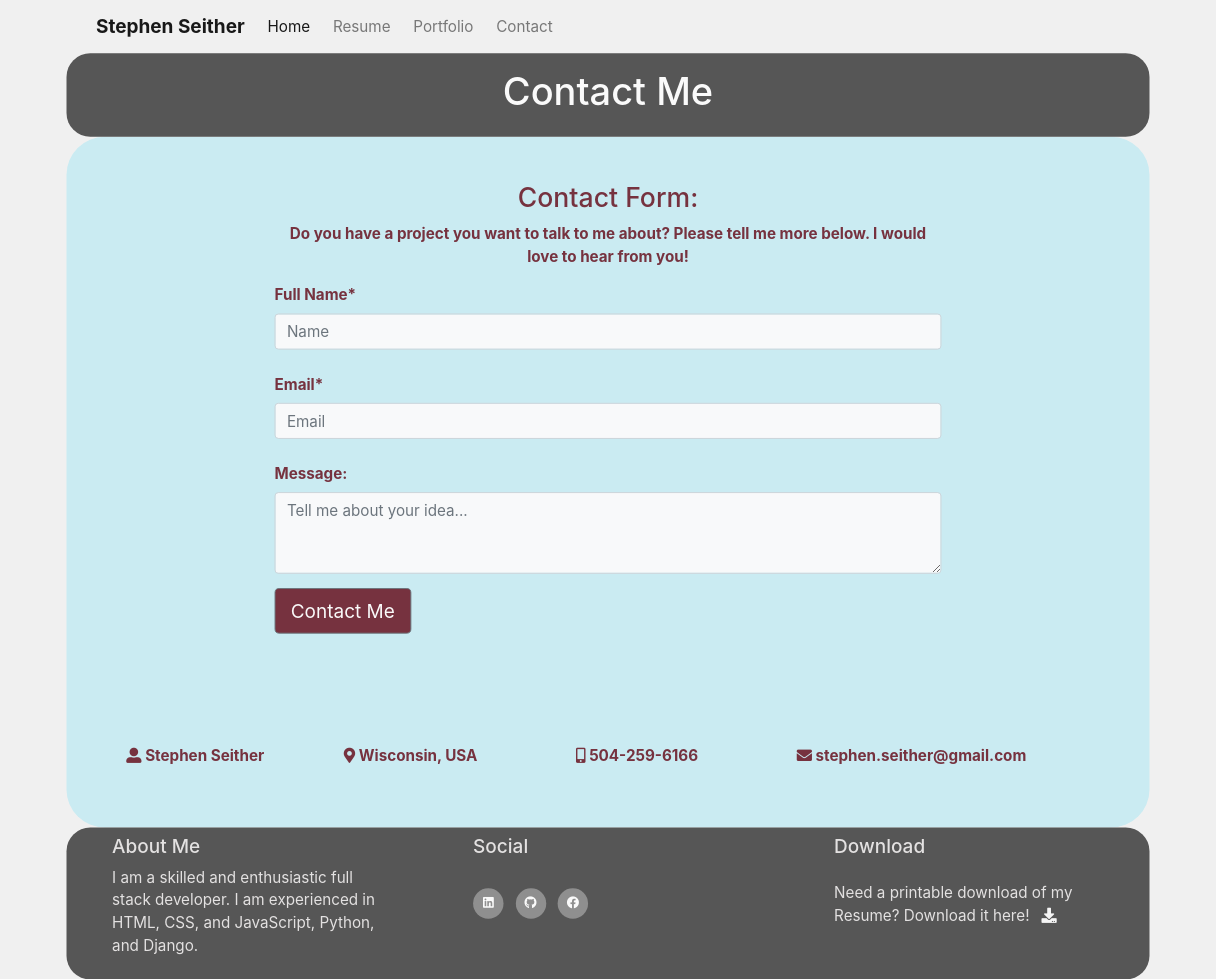
Repository: stephenseither/First-Milestone-Project
Page: contact.html
The author's editor kept a record of every edit. The page is drawn from the files as they stood at one moment, then again after the next edit.
The browser window is 1280 px wide. The pictures show the whole page, at 95% of full size.
Some web libraries are served in a nearby version.

Above is the page before.

After the next edit:
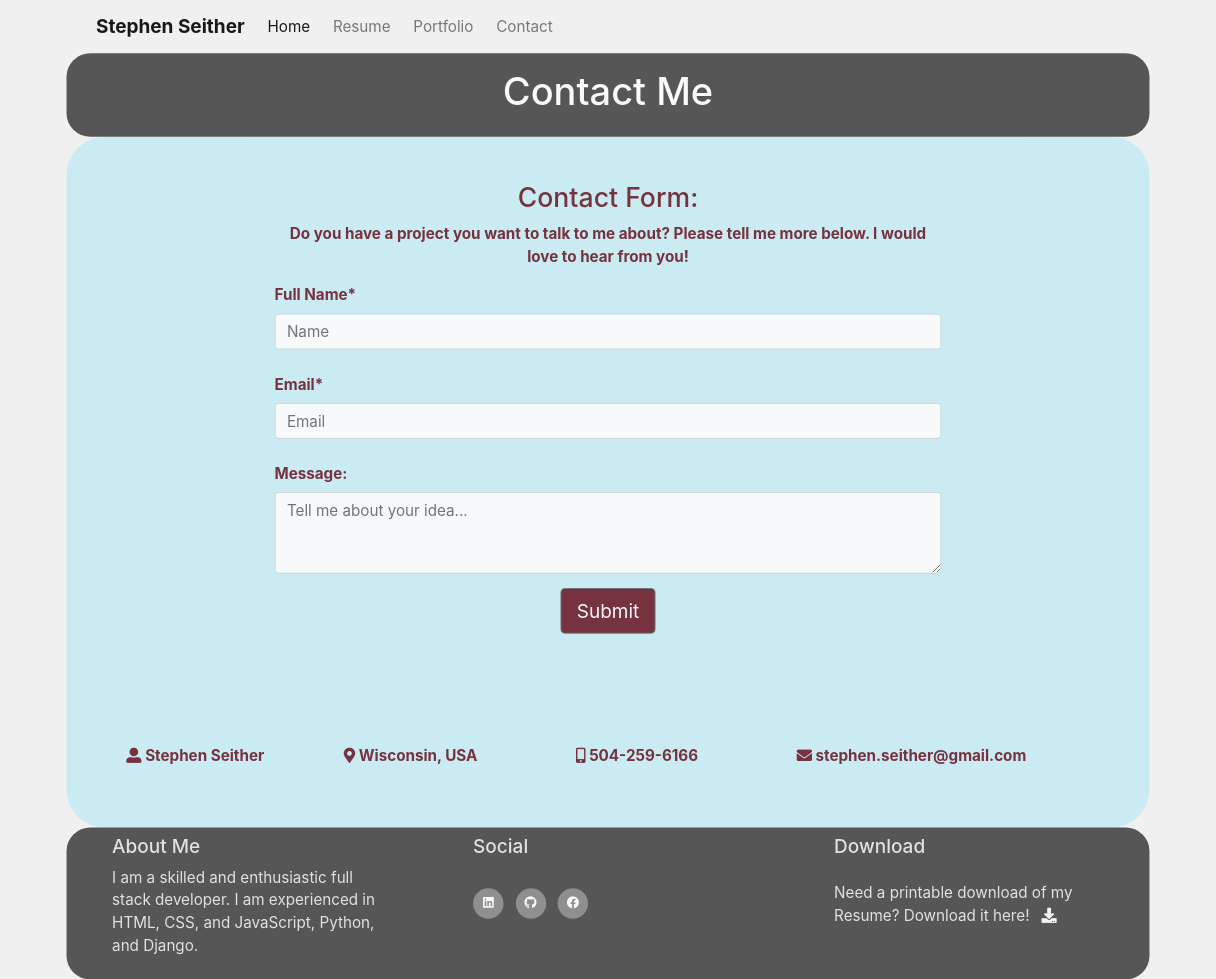
The edit:
--- a/contact.html
+++ b/contact.html
@@ -58,7 +58,11 @@
                     <br>
                     <label for="message" class="message"> Message:</label>
                     <textarea name="message" class="form-control bg-light" id="form-message" rows="3" placeholder="Tell me about your idea..."></textarea>
-                    <button type="submit" class="btn btn-secondary btn-lg">Contact Me</button>
+                    <div class="form-row text-center">
+                        <div class="col">
+                            <button type="submit" class="btn btn-secondary btn-lg">Submit</button>
+                        </div>
+                    </div>
                 </form>
             </div>
         </div>
@@ -66,8 +70,7 @@
             <div class="personal-info-item-2 mx-auto">
                 <div class="title-2">
                     <p>
-                        <i class="fas fa-user-alt"></i>
-                        Stephen Seither
+                        <i class="fas fa-user-alt"></i> Stephen Seither
                     </p>
                 </div>
             </div>
@@ -75,8 +78,7 @@
                 <div class="title-2">
 
                     <p>
-                        <i class="fas fa-map-marker-alt"></i>
-                        Wisconsin, USA
+                        <i class="fas fa-map-marker-alt"></i> Wisconsin, USA
                     </p>
                 </div>
             </div>
@@ -84,8 +86,7 @@
                 <div class="title-2">
 
                     <p>
-                        <i class="fas fa-mobile-alt"></i>
-                        504-259-6166
+                        <i class="fas fa-mobile-alt"></i> 504-259-6166
                     </p>
                 </div>
             </div>
@@ -93,8 +94,7 @@
                 <div class="title-2">
 
                     <p>
-                        <i class="fas fa-envelope"></i>
-                        stephen.seither@gmail.com
+                        <i class="fas fa-envelope"></i> stephen.seither@gmail.com
                     </p>
                 </div>
             </div>
